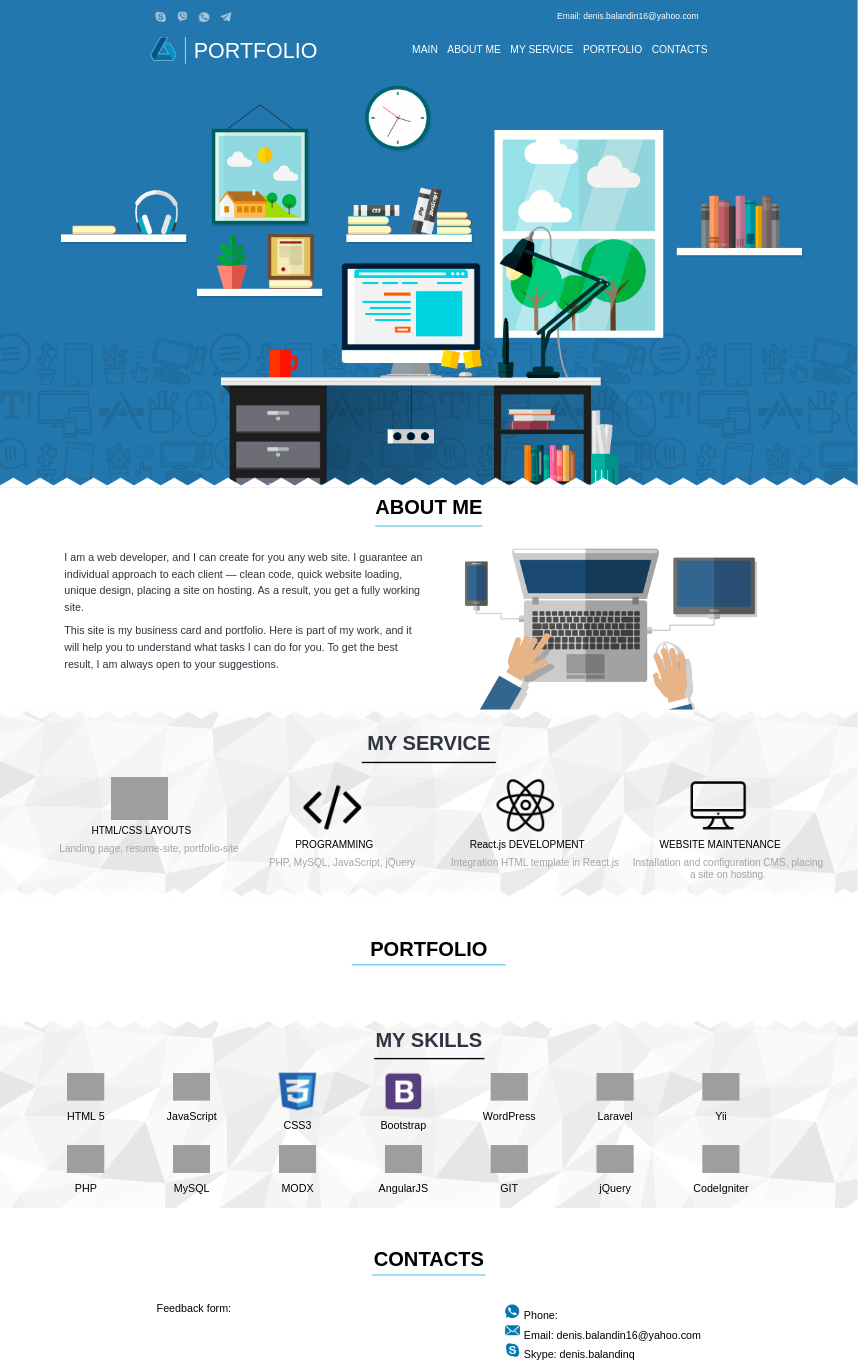
Repository: DenisBalandin/Portfolio
Page: /
These files come from the project's save history. The page is drawn as it stood at one moment and after the next save; the edit follows.
The browser window is 1280 px wide. The pictures show the whole page, at 67% of full size.
Pictures or frames that could not be fetched are drawn as grey boxes. The page's requests for data from a server got no answer. The project was rebuilt for these pictures with package versions that can differ from the ones it lists, and the page was loaded fresh each time. No one was signed in, and anything a server would have sent is missing. Also part of the build but not shown: src/ItemPage.js.

Above is the page before, as saved 2020-03-07 16:30:10.

### src/App.js
import React from 'react';
import './style.scss';
import ItemPage from './ItemPage';
import Home from './Home';
import Header from './Header';


import {BrowserRouter as Router,Route, Link} from 'react-router-dom';

function App(){
  return (
    <Router>
      <Header/>
      <Route exact path="/pageitem" component={ItemPage} />

      <Route exact path="/pageitem/:itemid" component={ItemPage} />
      <Route exact path="/" component={Home} />
    </Router>
  );
}

export default App;

### src/style.scss
*{padding: 0; margin: 0;}
body{font-family: Arial; min-width: 500px; }
a{text-decoration: none; color: #FFFFFF; text-decoration: none;}
li{list-style: none;}

/* Heder */
#first_page_bg{
    width:100%;
    height: 70%;
    background: #2277ae;
    header{
        width: 65%;
        margin: 0 auto 0 auto;
        .up_menu_links{
            display: flex;
            justify-content: space-between;
           padding: 2% 0 0 0;
            .social_link{
                width: 30%;
                a{

                    img{
                        width: 7%;
                    }
                    margin: 0 3% 0 3%;
                }
            }
            .email_heder{
                 width: 30%;
                margin: 0 1.5% 0 0;
                a{
                    // display: flex;
                    .email_icon{
                        // width: 15%;
                        // width: 100%;
                        img{
                            width: 100%;
                            // position: absolute;
                            margin: 0 0 0 -2%;
                            // height: 100%;
                        }
                    }
                    div{
                        margin: 0.3% -2% 0 15%;
                        font-size: 1.0vw;
                    }
                }
            }
        }
        menu{
            margin:2% 0 5% 0;
            display: flex;
            justify-content: space-between;
            flex-wrap: wrap;
            width: 100%;
            .logo{
                width: 30%;
                display: flex;
                height: 100%;
                img{
                   width: 100%;
                //    height: 100%;
                //    margin: 5% 0 0% 0;
                }
                .company_name{
                    margin: auto;
                    margin: 0% 0 0 5%;
                    // height: 90%;
                    padding: 0 0 0 5%;
                    border-left: #FFFFFF 1px solid;
                    font-size: 2.5vw;
                    // height: 100%;
                    display: table;
                    a{
                        vertical-align: middle;
                    }
                }
            }
            .menu_heder{
                padding: 1.2% 0 0 0;
                width: 53%;
                display: flex;
                justify-content: space-between;
                div{
                    display: table;
                    a{
                        font-size: 1.2vw;
                        vertical-align: middle;

                    }
                    a:hover{
                        text-decoration: underline;
                    }
                }
            }
        }
    }
}
/*Heder end*/

/*Page*/
#first_page_bg_single{ width: 100%; height: 195px; background: #2277ae; padding:0px 0 0 0; overflow: hidden;}
.bg_page_insaide_page{width: 100%; background: url("img/pattop1.png") repeat-x; height: 230px; position: relative; z-index:5;}
.deltatop_page_page{width: 100%; background: url("img/deltatop.png") repeat-x; height: 14px; position: relative; z-index: 20; margin: -13px 0 0 0;}
#content_page{
    max-width: 1200px;
    margin: 30px auto 0px auto;
    display: flex;
    flex-wrap: wrap;
    flex-direction: row;
    justify-content: space-around;
}
.content_pageh1{
    font-size: 30px;
    text-transform: uppercase;
    text-align: center;
    font-weight: bold;
    position: relative;
    margin-bottom: 30px;
    color:#303440;
    text-decoration: underline;
    padding: 40px 0 10px 0;
}
#content_page img{
    width: 100%;
    height: auto;
}
/*Page end*/
.order_site{float: right; margin: 15px 0 0 20px; width: 178px; height: 30px; border: 1px solid #6ca6cd; text-align: center; color: #ffffff; padding: 10px 0 0 0; font-size: 14px; box-shadow: 9px 8px 4px -7px #2277ae; }
.order_site:hover{background: #0298cc; cursor: pointer;}
.company_name{
    color: #ffffff;
    font-size: 45px;
    margin: -10px 0 0 15px;
}
.company_name a{color: #FFFFFF;}
.company_name a:hover{color: #FFFFFF; text-decoration: none;}
.logo_border{
    width: 1px; height: 50px; background: #FFFFFF; margin: 0 10px 0 25px;
}
.content_description{
    max-width: 750px;
    height: 60px;
    float: left;
    font-size: 14px;
    color: #303440;
    margin: 0 0px 0 0;
}
.tools{ font-size: 15px; color: #303440; padding: 0 0 0 0px; }
.content_link{font-size: 15px; color: #303440; margin:0px 0 20px 0;}
.content_link a{color: #303440; text-decoration: underline;}
.content_link a:hover{text-decoration: none;}
.content_text{
    width: 80%;
    background: #fff;
    border: 1px solid #59759b;
    overflow: hidden;
    margin: 0 auto 0 auto;
}
.content_text img{
    width: 100%!important;
    height: 50%!important;
}
.web_line{ background:url("img/web_line.jpg")no-repeat;  display: inline-block; height: 69px; max-width: 1150px; margin: 0 0 -5px 0; border-right: 1px solid #59759b; border-left: 1px solid #59759b; border-top: 1px solid #59759b;}
.content_url{float: left; margin: 40px 0 0 160px;}
.content_url a{color: #585353;}
/*Links end*/
.flex-container {
    display: flex;
    flex-direction:  row-reverse;
}
/*Top Menu*/
.heder_menu{
    display: flex;
}
.top_menu{
    margin: 20px 0;
    display: flex;
    flex-direction:row;
}
/*Page bg*/
.page_bg{
    margin: -10px auto 0 auto;
}
.bg_page_insaide{width: 100%; background: url("img/pattop.png") repeat-x;  position: relative; z-index:5; background-position: bottom;
    display: flex;
    flex-direction: column;
}
.bg_page_insaide_single{width: 100%; margin: 15px 0 0 0; background: url("img/pattop.png") repeat-x; height: 130px; position: relative; z-index:5;}
.deltatop_page{width: 100%; background: url("img/deltatop.png") repeat-x; height: 14px; position: relative; z-index: 20; margin: -14px 0 0 0;}
/*Page bg end*/

/*About me*/
#about_me{
    width: 85%;
    margin:  1% auto 0% auto;
    h1{
        font-size: 30px;
        text-transform: uppercase;
        margin: 0 auto 2% auto;
        font-weight: bold;
        position: relative;
        border-bottom: 2px solid #6dcff6;
        width: 160px;
        padding: 0 0 10px 0;
    }
    .about_me_content{
    display: inline-block;
    height: 40%!important;

        p{
            box-sizing: border-box;
            font-size: 20px "Roboto";
            line-height: 25px;
            color: #303440; margin: 1% 0 1% 0;
        }
        img{
            // width: 30%;
            padding: 0 5% 0 5%;
            margin: 0 0 0% 0;

        }
    }
}
/*About me end*/

/*My Service*/
#my_service_bg{
    height: 100%;
    background: url("img/bgdelta.png") repeat-x;
    h3{
        font-size: 30px;
        text-transform: uppercase;
        font-weight: bold;
        color: #303440;
        width: 200px;
        text-align: center;
        margin: 20px auto 20px auto;
        border-bottom: 2px #000000 solid;
        padding: 0 0 10px 0;
    }
    .my_service_line_top{
        width: 100%;
        height: 14px;
        background: url("img/deltabottom.png") repeat-x;
    }
    .my_service_line_bottom{
        width: 100%;
        height: 14px;
        background: url("img/deltatop.png") repeat-x;
    }
    #my_service{
        width: 90%;
        margin: 0px auto 1% auto;
        display: flex;
        div{
            width: 30%;
            .text_img{
              width: 30%;
              margin: 0 auto 0 auto;
              img{
                 width: 100%;
              }
            }
            .text_1{
                width: 100%;
                padding: 1% 1% 0 1%;
                font-size: 15px;
            }
            .text_2{
                width: 100%;
                padding: 0 5% 0 5%;
                color:#a4a4a4;
                font-size: 15px;
            }
        }
    }
}


/*My service end*/

/*Portfolio*/
#portfolio{
    max-width: 1200px;
    margin: 0 auto 40px auto;
    display: flex;
    flex-direction:row;
    flex-wrap: wrap;
    justify-content: center;
}
.portfolioh3{
    font-size: 30px;
    text-transform: uppercase;
    text-align: center;
    font-weight: bold;
    position: relative;
    border-bottom: 2px solid #6dcff6;
    width: 230px;
    margin: 60px auto 40px auto;
    padding: 0 0 5px 0;
}
#portfolio .portfolioblock{
    border: 1px solid #bfd2e1;
    width: 368px;
    margin: 10px;
    box-shadow: 5px 5px 4px -5px #000000;
}
#portfolio div img{
    margin: -12px 0 0px 0;
    display: inline-block;
}
.p_name{
    background:#2d7eb2;
    text-align: center;
    height: 40px;
    opacity: 0.8;
    padding: 2px 20px;
    margin: 0 auto 0 auto;
}
.p_name a{
    font-size: 20px;
    color: #ffffff;
}
.p_name:hover{
    text-decoration: none;
}
/*Portfolio end*/

/*Content blog*/
#content_blog{ max-width: 1200px;  margin: 0 auto 40px auto; min-height: 300px;}
/*Content blog end*/



/*I used*/
#my_skils_bg{
    width: 100%;
    height: 100%;
    background: url("img/bgdelta.png") repeat-x;
    margin: 0 0 40px 0;
}
.my_skils_line_top{
    width: 100%;
    height: 14px;
    background: url("img/deltabottom.png") repeat-x;
}
.my_skils_line_bottom{
    width: 100%;
    height: 14px;
    background: url("img/deltatop.png") repeat-x;
}
#my_skils{
    max-width: 1200px;
    margin: 10px auto 0px auto;
    display: flex;
    flex-direction:row;
    flex-wrap: wrap;
}
#my_skils div img{}
.my_skillsh3{
    font-size: 30px;
    text-transform: uppercase;
    font-weight: bold;
    color: #303440;
    width: 165px;
    text-align: center;
    margin: 0 auto 20px auto;
    border-bottom: 2px #000000 solid;
    padding: 0 0 10px 0;
}
#my_skils div{ width: 140px; text-align: center; margin: 0 0 20px 18px;}
#my_skils div img{margin: 0 0 10px 0; width:40%;}
.about_me_img{}
.text_1{ text-align: center;}
.text_2{ text-align: center; margin: 10px 0 0 0; color:#a4a4a4; font-size: 13px;}
/*I used end*/

/*Portfolio*/
.contactsh3{
    font-size: 30px;
    text-transform: uppercase;
    text-align: center;
    font-weight: bold;
    position: relative;
    border-bottom: 2px solid #6dcff6;
    width: 170px;
    margin: 60px auto 40px auto;
    padding: 0 0 5px 0;
}
#contacts{
    max-width: 1200px;
    margin: 0 auto 0px auto;
    display: flex;
    flex-direction:row;
    flex-wrap: wrap;
    justify-content: space-around;
}
.formcont{ margin: 0 20px 0 0;}
.formcont input{border: 1px solid #dddddd; margin: 10px 0 10px 0; width: 250px; height: 30px; color: #666666; padding: 0 0 0 10px;}
.formcont textarea{border: 1px solid #dddddd; margin: 10px 0 10px 0; width: 410px; height: 70px; color: #666666; padding: 15px 0 0 10px;}
.formcont button{ background:#0298cc; height: 40px; width: 180px; color: #ffffff; font-size: 18px; border: 1px solid #6ca6cd; cursor: pointer;}
.formcont button:hover{ background:#2277ae;}
/*Portfolio end*/

/*Footer*/
#footer_bg{background: #2277ae; width: 100%; height: 100px; margin: 50px 0 0 0; }
#footer{max-width: 1200px;  margin: 10px auto 0px auto; height: 50px;}
.copyright{ color: #ffffff; margin: 25px 0 0 10px;}
.footermenu{ margin: 25px 0 0 0;}
.footermenu li{float: left; font-size: 14px; margin: 0 10px 0 10px; color: #ffffff; border-bottom: 1px solid #ffffff;}
.footermenu li:hover{border-bottom: 1px solid #2277ae;}
/*footer end*/


@media all and (max-width: 900px) {
    menu{
        display: block!important;
        .logo{
            width: 60%;
           margin: 2% auto 2% auto;
        }
        .menu_heder{
            width: 90%!important;
            margin: 2% auto 4% auto;
            a{
                font-size: 2vw!important;
            }

        }
    }
    .social_link{
        display: none
    }
    .email_heder{
        display: none
    }
    #my_service{
        width: 80%!important;
        flex-wrap: wrap;
        div{
             width: 290px!important;
            .text_img{
                width: 30%!important;
            }
        }
    }

    #about_me p img {
        width: 0%;
    }

    #my_skils div img {
        width: 0% !important;
    }

    #my_skils{
        justify-content: space-around!important;
    }
    #my_skils div{
        margin: 0 !important;
    }
    .top_menu{
        display: none!important;
    }
    .menu{
        margin: 10px 0 40px 0!important;
        justify-content: space-around !important;
    }
    #about_me p{
        padding: 0 30px 0 30px!important;
    }
}
@media all and (max-width: 750px) {
    #my_service{
        width: 98%!important;
        div{
            .text_img{
                display: none;
            }
        }
    }
}

@media all and (max-width: 690px) {
    #my_service{
        width: 60%!important;


    }
}

### src/Home.js
import React,{Component} from 'react';
import AboutMe from './AboutMe';
import MyService from './MyService';
import MySkills from './MySkills';
import Contacts from './Contacts';
import Portfolio from './Portfolio';
import {BrowserRouter as Router,Route, Link} from 'react-router-dom';


class Home extends Component{
    render(){
        return(
            <div>
                <Router>
                    <AboutMe/>
                    <MyService/>
                    <Portfolio/>
                    <MySkills/>
                    <Contacts/>
                </Router>
            </div>
        );
    }
}
export default Home;

### src/AboutMe.js
import React from 'react';
import aboutme from './img/aboutme.png';

function AboutMe(){
    return(
        <div id="about_me">
            <h1>ABOUT ME</h1>
            <div className="about_me_content">
                <p>
                    <img className="about_me_img" align="right" src={aboutme} width="40%"/>
                    I am a web developer, and I can create for you any web site. I guarantee an individual approach to each client — clean code, quick website loading, unique design, placing a site on hosting. As a result, you get a fully working site.
                </p>
                <p>
                    This site is my business card and portfolio. Here is part of my work, and it will help you to understand what tasks I can do for you. To get the best result, I am always open to your suggestions.
                </p>
            </div>
        </div>
    );
}
export default AboutMe;

### src/MyService.js
import React from 'react';
import html_icon from './img/html_icon.png';
import code_icon from './img/code_icon.png';
import react from './img/react_icon.png';
import display_icoon from './img/display_icoon.png';

function MyService(){
    return(
        <div id="my_service_bg">
          <div className="my_service_line_top"></div>
          <h3>MY SERVICE</h3>
          <div id="my_service">
              <div>
                <div  className="text_img"><img src={html_icon} /></div>
                <div className="text_1">HTML/CSS LAYOUTS</div>
                <div className="text_2">Landing page, resume-site, portfolio-site</div>
              </div>
              <div>
              <div  className="text_img"><img  src={code_icon} /></div>
                <div className="text_1">PROGRAMMING</div>
                <div className="text_2">PHP, MySQL, JavaScript, jQuery</div>
              </div>
              <div>
              <div  className="text_img"><img src={react}/></div>
                <div className="text_1">React.js DEVELOPMENT</div>
                <div className="text_2">Integration HTML template in React.js</div>
              </div>
              <div>
              <div  className="text_img"><img src={display_icoon}/></div>
                <div className="text_1">WEBSITE MAINTENANCE</div>
                <div className="text_2">Installation and configuration CMS, placing a site on hosting.</div>
              </div>
          </div>
          <div className="my_service_line_bottom"></div>
      </div>
    );
}
export default MyService;

### src/MySkills.js
import React from 'react';
import css3 from './img/css3.png';
import bootstrap from './img/bootstrap.png';

function MySkills(){
    return(
        <div id="my_skils_bg">
            <div className="my_skils_line_top"></div>
            <h3 className="my_skillsh3">My Skills</h3>
            <div id="my_skils">
                <div>
                    <img src="<?php bloginfo('template_directory'); ?>/img/html5.png" />
                    <p>HTML 5</p>
                </div>
                <div>
                    <img src="<?php bloginfo('template_directory'); ?>/img/js.png"/>
                    <p>JavaScript</p>
                </div>
                <div><img src={css3}/> <p>CSS3</p></div>
                <div><img src={bootstrap}/><p>Bootstrap</p></div>
                <div><img src="<?php bloginfo('template_directory'); ?>/img/wordpress.png"/><p>WordPress</p></div>
                <div><img src="<?php bloginfo('template_directory'); ?>/img/laravel.png"/><p>Laravel</p></div>
                <div><img src="<?php bloginfo('template_directory'); ?>/img/yii.png"/><p>Yii</p></div>
                <div><img src="<?php bloginfo('template_directory'); ?>/img/php.png"/><p>PHP</p></div>
                <div><img src="<?php bloginfo('template_directory'); ?>/img/mysql.png"/><p>MySQL</p></div>
                <div><img src="<?php bloginfo('template_directory'); ?>/img/modx.png"/><p>MODX</p></div>
                <div><img src="<?php bloginfo('template_directory'); ?>/img/angular.png"/><p>AngularJS</p></div>
                <div><img src="<?php bloginfo('template_directory'); ?>/img/git.png"/><p>GIT</p></div>
                <div><img src="<?php bloginfo('template_directory'); ?>/img/jquery.png"/><p>jQuery</p></div>
                <div><img src="<?php bloginfo('template_directory'); ?>/img/codeigniter.png"/><p>CodeIgniter</p></div>
            </div>
            <div className="my_service_line_bottom"></div>
        </div>
    );
}
export default MySkills;

### src/Contacts.js
import React from 'react';
import skype_cont from './img/skype_cont.jpg';
import mail_cont from './img/mail_cont.jpg';
import phone_cont from './img/phone_cont.png';

function Contacts(){
    return(
        <>
            <h3 className="contactsh3">CONTACTS</h3>
            <div id="contacts">
                <div className="formcont">
                    <p>Feedback form:</p>

                </div>
                <div className="contacts">
                    <div>
                    <img src={phone_cont}/> <span>Phone:</span>
                    </div>
                    <div>
                    <img src={mail_cont}/> <span>Email: denis.balandin16@yahoo.com  </span>
                    </div>
                    <div>
                    <img src={skype_cont}/> <span>Skype: denis.balandinq </span>
                    </div>
                </div>
            </div>
        </>
    );
}
export default Contacts;

### src/Portfolio.js
import React,{Component} from 'react';
import portfolioicon from './img/portfolioicon.jpg';
import { db } from "./firebase";
import ReactHtmlParser, { processNodes, convertNodeToElement, htmlparser2 } from 'react-html-parser';
import {BrowserRouter as Router,Route, Link} from 'react-router-dom';

class Portfolio extends Component{
    constructor(props){
        super(props);
        this.state = {
            pages:[]
        }
    }
    componentDidMount(){
        this.getFetch();
    }
    getFetch = () => {
        // db.collection("messages")
        // .get()
        // .then(querySnapshot => {
        //     let fullArray = [];
        //     const data = querySnapshot.docs.map(doc => doc.data());
        //     for(var int = 0; int < data.length; int++){
        //         fullArray[int] = {
        //             name: data[int].name,
        //             date:data[int].date,
        //             check:data[int].check,
        //             id: querySnapshot.docs[int].id,
        //         }
        //     }
        //     this.setState({ users: fullArray });
        // });
        fetch('http://testwoo/wp-json/wp/v2/posts')
        .then(response => response.json())
        .then(
            result => this.setState({
                pages:result
            })
        );
    }

    render(){
       return(
           <>
            <h3 className="portfolioh3">PORTFOLIO</h3>
            <div id="portfolio">
                {this.state.pages.map((page, index)=>
                    <div className="portfolioblock">
                        {/* <Link to={`/pageitem/${page.id}`}>
                            <img src={portfolioicon}  width="368"/>
                            { ReactHtmlParser(page.excerpt.rendered)}
                        </Link>
                        <div className="p_name">
                            <a href="/pexuniverse/">{page.title.rendered}</a>
                        </div> */}
                    </div>
                )}


            </div>
        </>
       );
   }
}
export default Portfolio;

### src/firebase.js
import firebase from 'firebase';

const firebaseApp = firebase.initializeApp({
    apiKey: "AIzaSyBH21wpMVzXC2kYGnD8x1tI6ru-zdWNAqs",
    authDomain: "test-4ba23.firebaseapp.com",
    databaseURL: "https://test-4ba23.firebaseio.com",
    projectId: "test-4ba23",
    storageBucket: "test-4ba23.appspot.com",
    messagingSenderId: "597606478464",
    appId: "1:597606478464:web:6e48455407186638df2c65",
    measurementId: "G-NDR2C185V9"
});

const db = firebaseApp.firestore();

export {db};

Loaded but not shown: public/index.html (common file); src/index.js (common file); src/index.css (common file); src/serviceWorker.js (common file); src/Header.js (72 lines, source omitted)

After the next save:
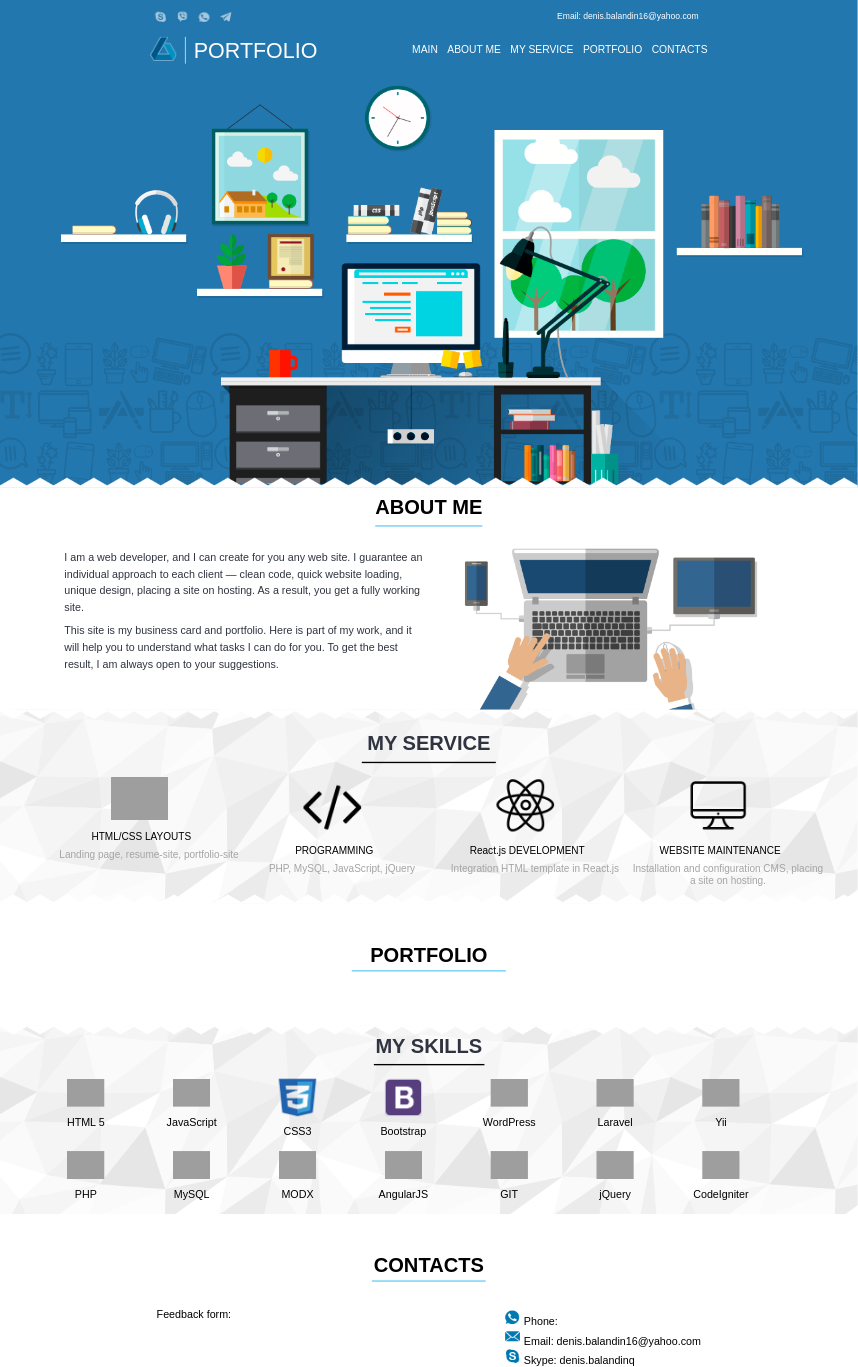
Saved 8 s later.
--- a/src/style.scss
+++ b/src/style.scss
@@ -264,7 +264,7 @@
             }
             .text_1{
                 width: 100%;
-                padding: 1% 1% 0 1%;
+                padding: 4% 1% 0 1%;
                 font-size: 15px;
             }
             .text_2{
